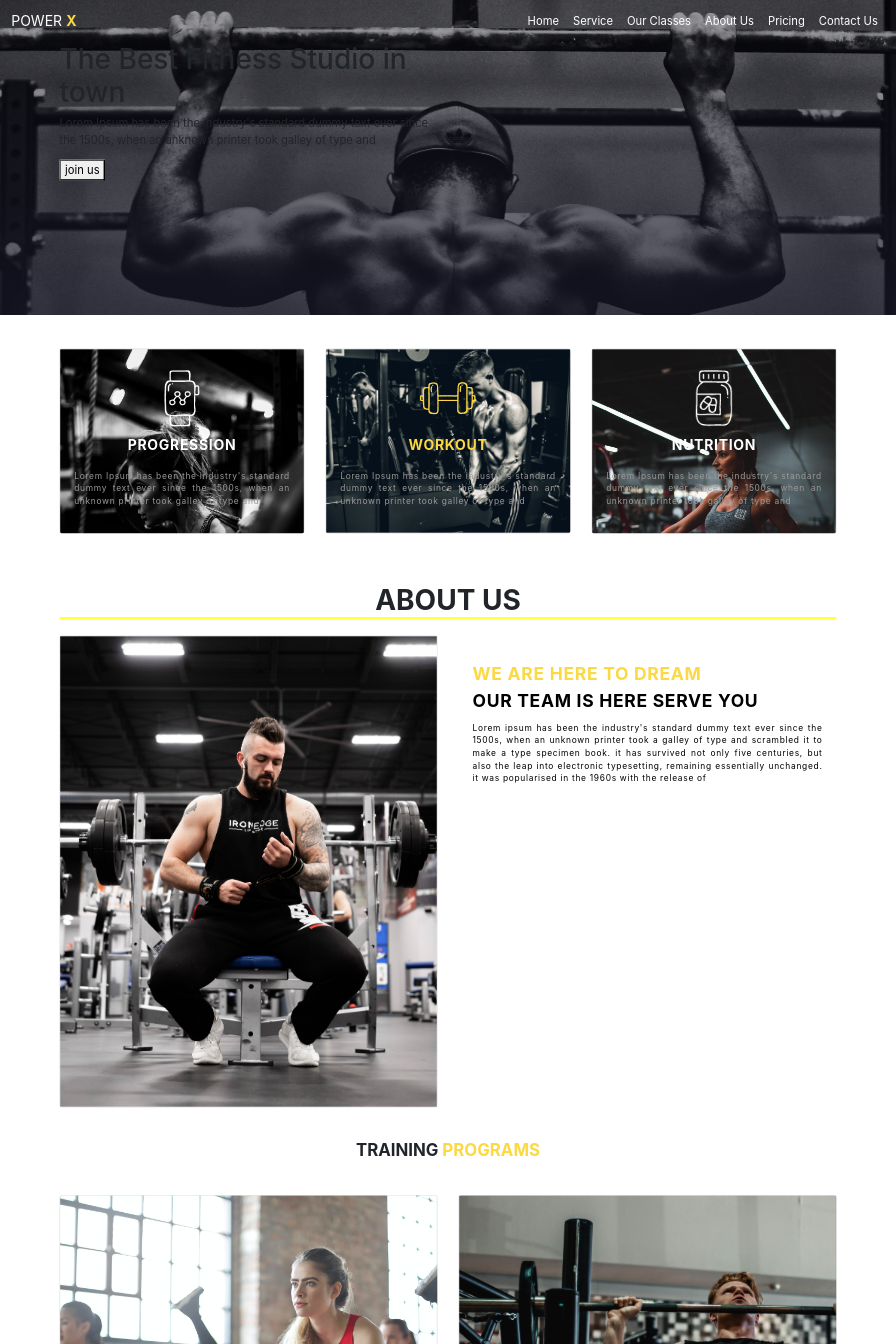
Repository: arif286/power-x-gym
Page: /
These files come from the project's save history. The page is drawn as it stood at one moment and after the next save; the edit follows.
The browser window is 1280 px wide. The pictures show the part of the page from y = 0 to 1920 px (the page is 3022 px tall), at 70% of full size.
The project was rebuilt for these pictures with package versions that can differ from the ones it lists, and the page was loaded fresh each time. Also part of the build but not shown: src/components/ClassDetails/ClassDetails.css, src/components/Classes/Classes.js, src/components/PricingPlan/PricingPlan.css, src/components/PurchaseForm/PurchaseForm.css, src/components/PurchaseForm/PurchaseForm.js.

Above is the page before, as saved 2021-04-09 02:08:10.

After the next save:
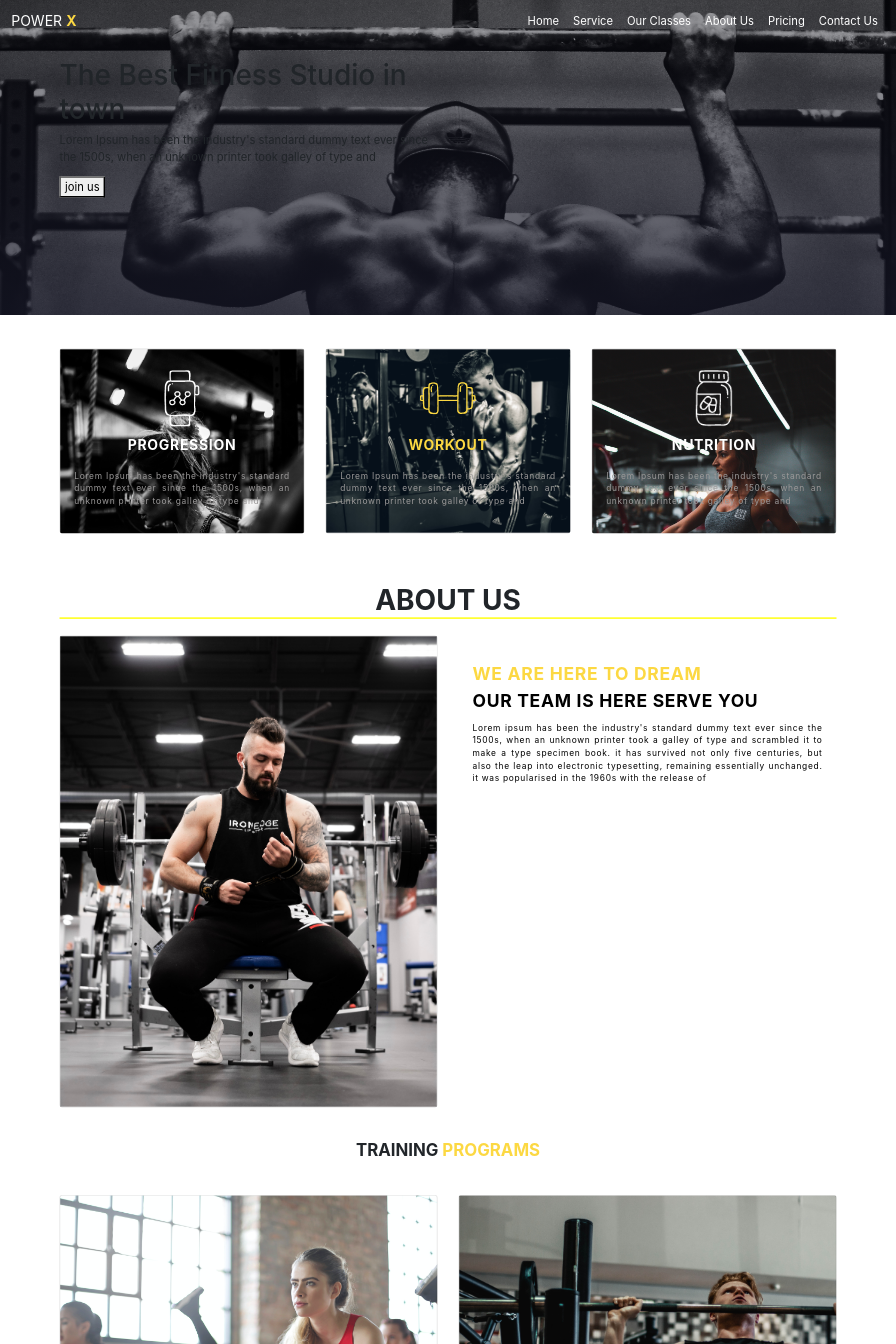
Saved 14 s later.
--- a/src/components/Header/Header.js
+++ b/src/components/Header/Header.js
@@ -40,7 +40,7 @@ const Header = (props) => {
         </Navbar.Collapse>
       </Navbar>
       <Container>
-        <Row className="row-cols-1 row-cols-md-2">
+        <Row className="row-cols-1 row-cols-md-2 mt-4">
           <Col>
             <h1>The Best Fitness Studio in town</h1>
             <p>
